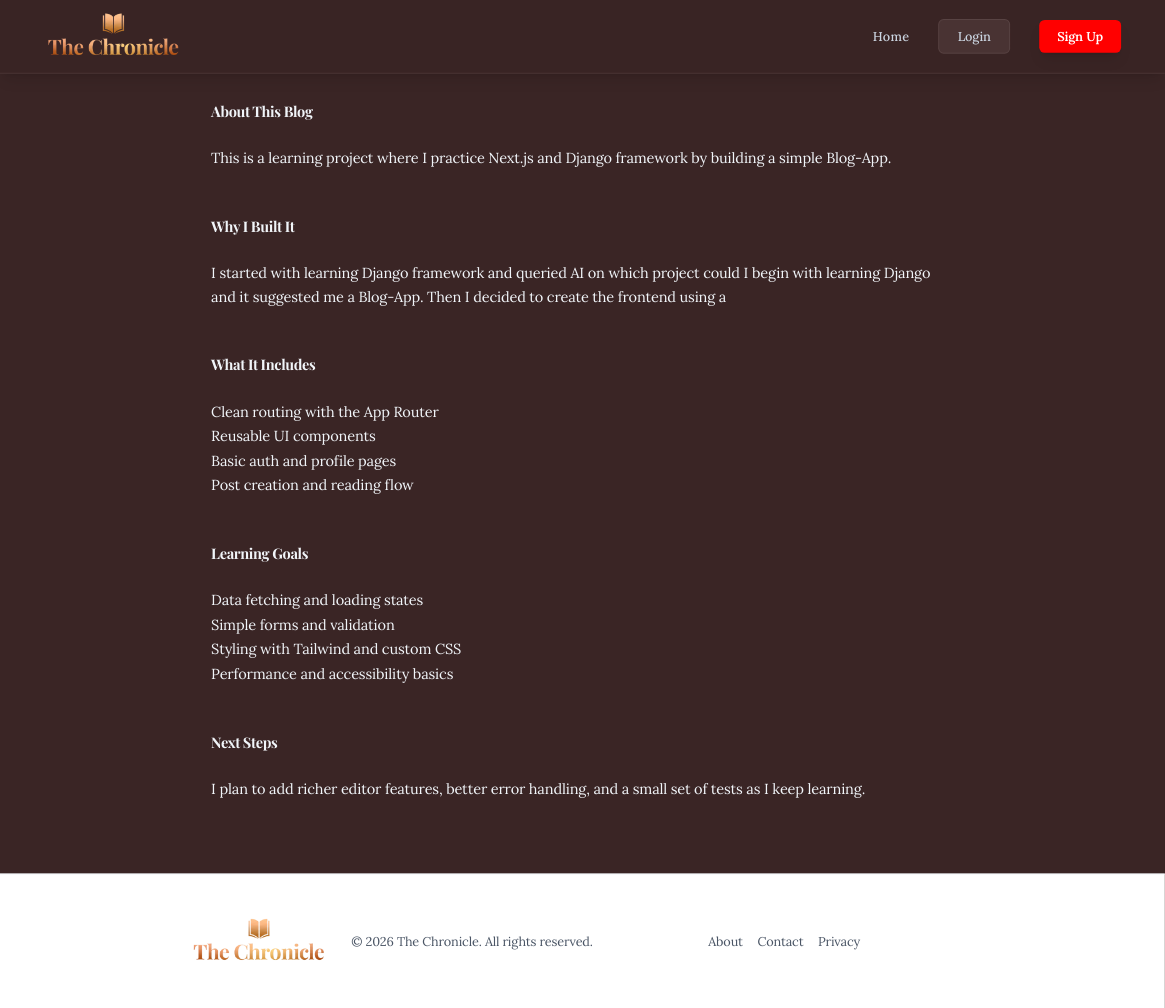
Repository: swaruplamsal/BasicBlogApp
Page: /about (app in blog-frontend/)
The author's editor kept a copy of each file at every save. The page is drawn from the files as they stood at one save, then again after the next save.
The browser window is 1280 px wide. The pictures show the whole page, at 91% of full size.
The page's requests for data from a server got no answer. The project was rebuilt for these pictures with package versions that can differ from the ones it lists, and the page was loaded fresh each time. The framework's server and built-in components were replaced by stand-ins that run in the browser. No one was signed in, and anything a server would have sent is missing. Also part of the build but not shown: blog-frontend/next.config.mjs, blog-frontend/app/components/Avatar.js.

Above is the page before, as saved 2026-02-07 20:54:23.

After the next save:
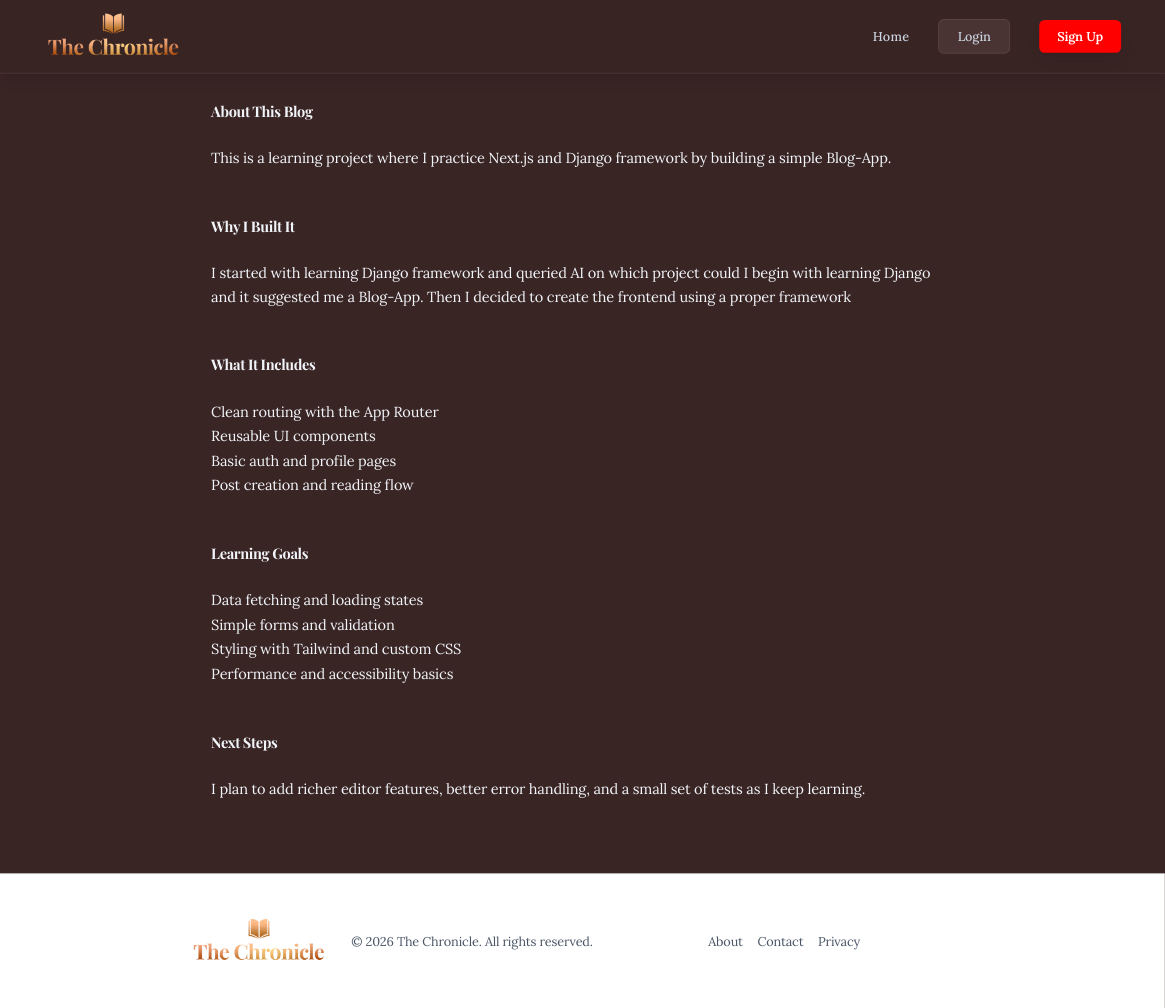
Saved 13 s later.
--- a/blog-frontend/app/about/page.js
+++ b/blog-frontend/app/about/page.js
@@ -24,7 +24,8 @@ export default function About() {
           <p>
             I started with learning Django framework and queried AI on which
             project could I begin with learning Django and it suggested me a
-            Blog-App. Then I decided to create the frontend using a
+            Blog-App. Then I decided to create the frontend using a proper
+            framework
           </p>
         </section>
         <br />
